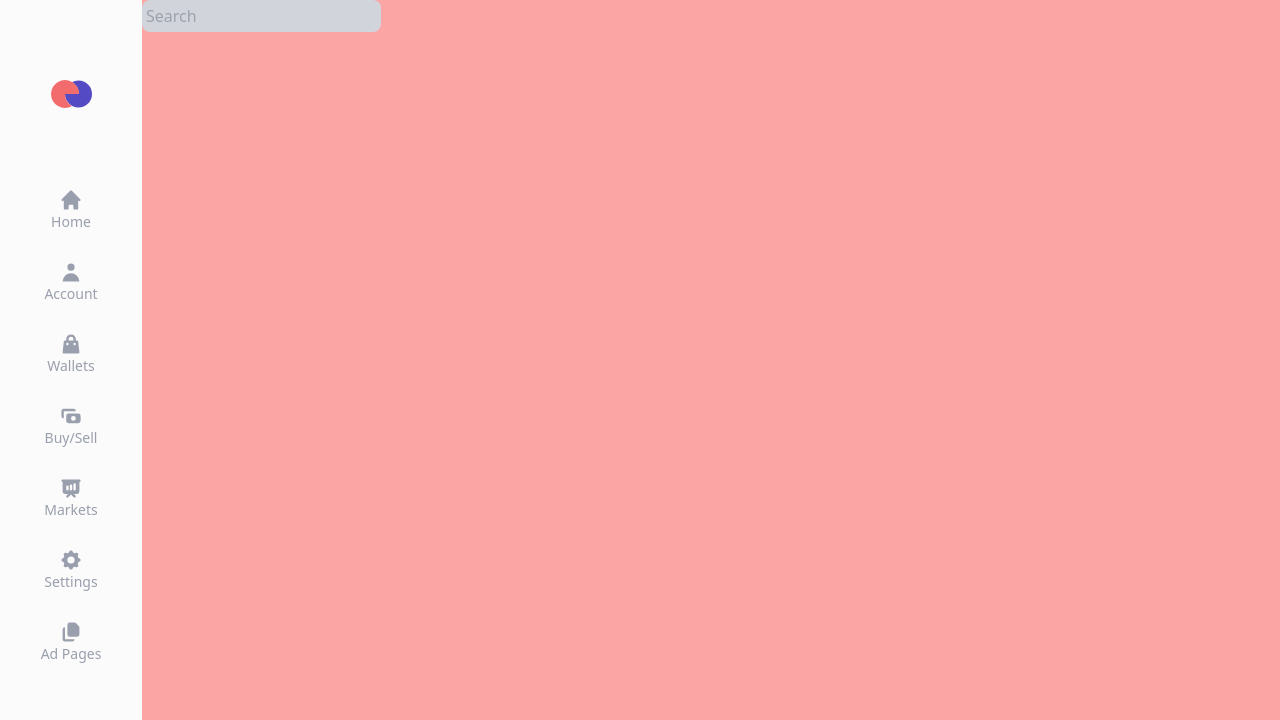
Repository: almaqdad55/crypto-app-nextjs
Page: /
The author's editor kept a copy of each file at every save. The page is drawn from the files as they stood at one save, then again after the next save.
The browser window is 1280 px wide. The pictures show the whole page.
The project was rebuilt for these pictures with package versions that can differ from the ones it lists, and the page was loaded fresh each time. The framework's server and built-in components were replaced by stand-ins that run in the browser.

Above is the page before, as saved 2022-01-04 19:58:43.

After the next save:
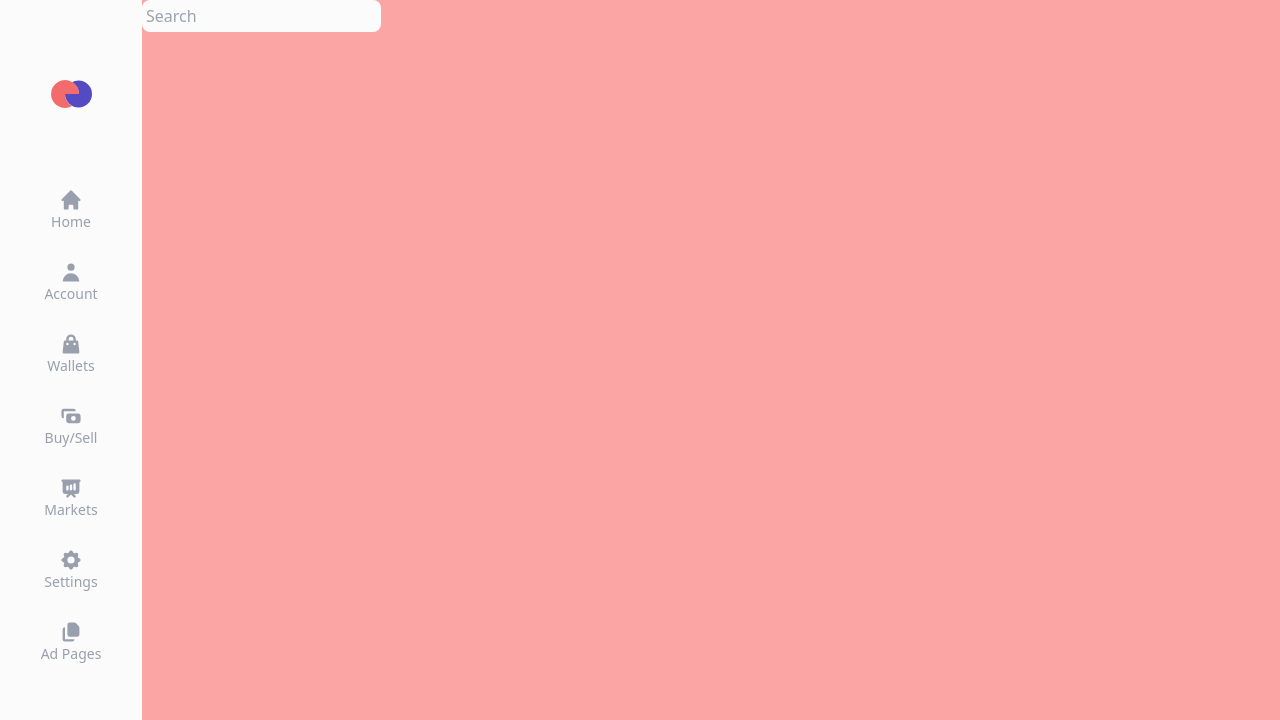
Saved 19 s later.
--- a/components/Feed.jsx
+++ b/components/Feed.jsx
@@ -13,7 +13,7 @@ const Feed = () => {
           <input
             type="text"
             placeholder={`Search`}
-            className="bg-gray-300 rounded-lg p-1"
+            className="bg-[#fbfbfb] rounded-lg p-1"
           />
         </div>
       </div>
